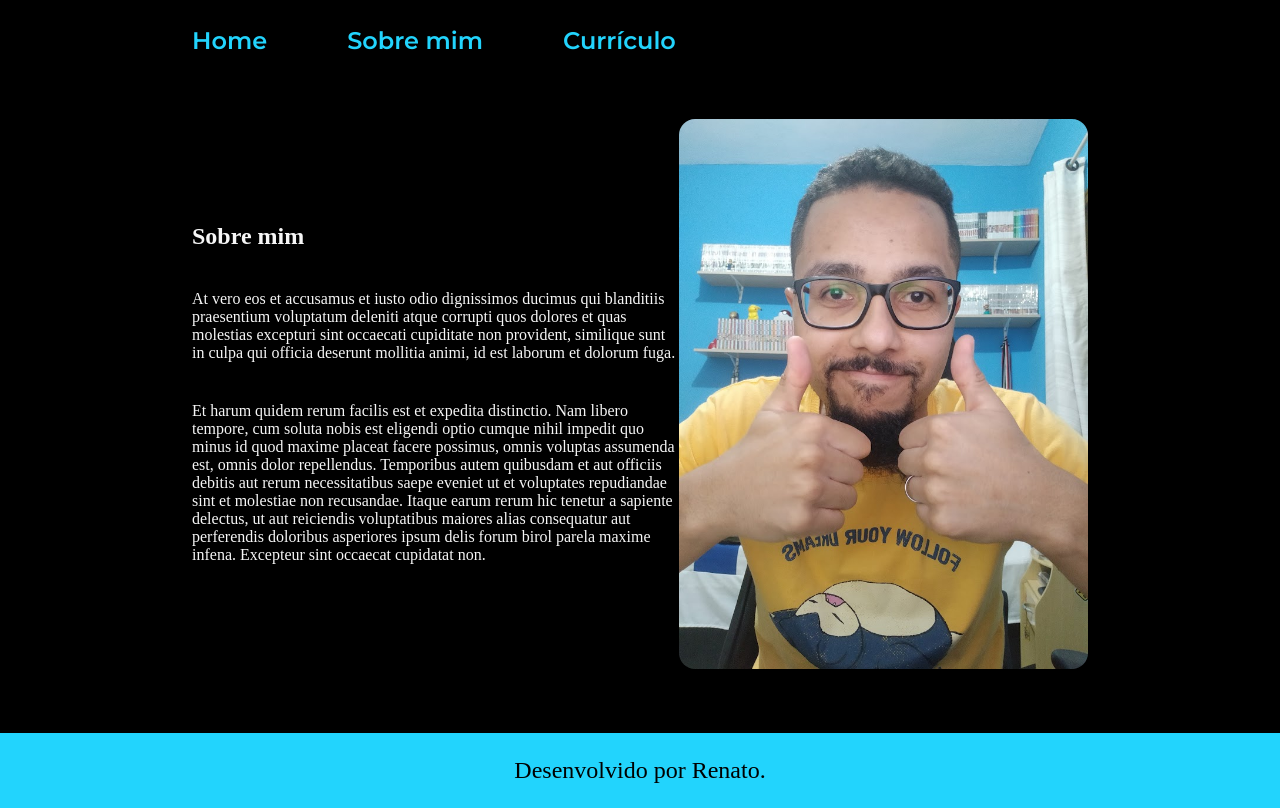
Repository: RenatoCCS/Portfolio_Alura
Page: about.html
An editor plug-in stored every save of this project. The page is shown before and after the next save, followed by the edit.
The browser window is 1280 px wide. The pictures show the whole page.
Some web fonts or font styles are not loaded; a fallback is used.

Above is the page before, as saved 2023-03-06 20:50:04.

### about.html
<!DOCTYPE html>
<html lang="pt-br">
  <head>
    <meta charset="UTF-8" />
    <meta http-equiv="X-UA-Compatible" content="IE=edge" />
    <meta name="viewport" content="width=device-width, initial-scale=1.0" />
    <title>Sobre mim</title>
    <link rel="stylesheet" href="./styles/style.css" />
  </head>

  <body>
    <header class="cabecalho">
      <nav class="cabecalho__menu">
        <a class="cabecalho__menu__link" href="index.html">Home</a>
        <a class="cabecalho__menu__link" href="about.html">Sobre mim</a>
        <a class="cabecalho__menu__link" href="curriculo.html">Currículo</a>
      </nav>
    </header>

    <main class="apresentacao">
      <section class="apresentacao__conteudo">
        <h1>Sobre mim</h1>
        <p>
          At vero eos et accusamus et iusto odio dignissimos ducimus qui
          blanditiis praesentium voluptatum deleniti atque corrupti quos dolores
          et quas molestias excepturi sint occaecati cupiditate non provident,
          similique sunt in culpa qui officia deserunt mollitia animi, id est
          laborum et dolorum fuga.
        </p>
        <p>
          Et harum quidem rerum facilis est et expedita distinctio. Nam libero
          tempore, cum soluta nobis est eligendi optio cumque nihil impedit quo
          minus id quod maxime placeat facere possimus, omnis voluptas assumenda
          est, omnis dolor repellendus. Temporibus autem quibusdam et aut
          officiis debitis aut rerum necessitatibus saepe eveniet ut et
          voluptates repudiandae sint et molestiae non recusandae. Itaque earum
          rerum hic tenetur a sapiente delectus, ut aut reiciendis voluptatibus
          maiores alias consequatur aut perferendis doloribus asperiores ipsum
          delis forum birol parela maxime infena. Excepteur sint occaecat
          cupidatat non.
        </p>
      </section>
      <img
        class="apresentacao__foto"
        src="./assets/renato.jpg"
        alt="Renato fazendo sinal de positivo com ambas as mãos"
      />
    </main>

    <footer class="rodape"><p>Desenvolvido por Renato.</p></footer>
  </body>
</html>

### styles/style.css
@import url('https://fonts.googleapis.com/css2?family=Krona+One&family=Montserrat:wght@400;600&display=swap');

* {
  margin: 0;
  padding: 0;
}

body {
  /* height: 100vh; */
  box-sizing: border-box;
  background-color: #000000;
  color: #f6f6f6;
}

.cabecalho {
  padding: 2% 0% 0% 15%;
}

.cabecalho__menu {
  display: flex;
  gap: 80px;
}

.cabecalho__menu__link {
  font-family: 'Montserrat', sans-serif;
  font-size: 24px;
  font-weight: 600;
  color: #22d4fd;
  text-decoration: none;
}

.apresentacao {
  padding: 5% 15%;
  display: flex;
  align-items: center;
  justify-content: space-between;
}

.apresentacao__conteudo {
  width: 615px;
  display: flex;
  flex-direction: column;
  gap: 40px;
}

.apresentacao__conteudo__titulo {
  font-size: 36px;
  font-family: 'Krona One', sans-serif;
}

.titulo-destaque {
  color: #22d4fd;
}

.apresentacao__conteudo__texto {
  font-size: 24px;
  font-family: 'Montserrat', sans-serif;
}

.apresentacao__conteudo__texto a {
  text-decoration: none;
  color: #22d4fd;
}

.apresentacao__links {
  display: flex;
  flex-direction: column;
  justify-content: space-between;
  align-items: center;
  gap: 32px;
}

.apresentacao__links__subtitulo {
  font-family: 'Krona One', sans-serif;
  font-weight: 400;
  font-size: 24px;
}

.apresentacao__links__link {
  /* background-color: #22d4fd; foi trocado o estilo*/
  display: flex;
  justify-content: center;
  gap: 16px;
  border: 2px solid #22d4fd;
  width: 378px;
  text-align: center;
  border-radius: 8px;
  font-size: 24px;
  font-weight: 600;
  padding: 21.5px 0;
  text-decoration: none;
  color: #f6f6f6;
  font-family: 'Montserrat', sans-serif;
}

.apresentacao__links__link:hover {
  background-color: #272727;
}

/*Utilizei minha foto e fui adaptando de acordo com o tamanho da outra foto*/
.apresentacao__foto {
  height: 550px;
  width: 490px;
  left: 1032px;
  top: 253px;
  border-radius: 16px;
}

.rodape {
  padding: 24px;
  color: #000000;
  background-color: #22d4fd;
  text-align: center;
  font-family: 'Montserrat' sans-serif;
  font-size: 24px;
  font-weight: 400;
}

After the next save:
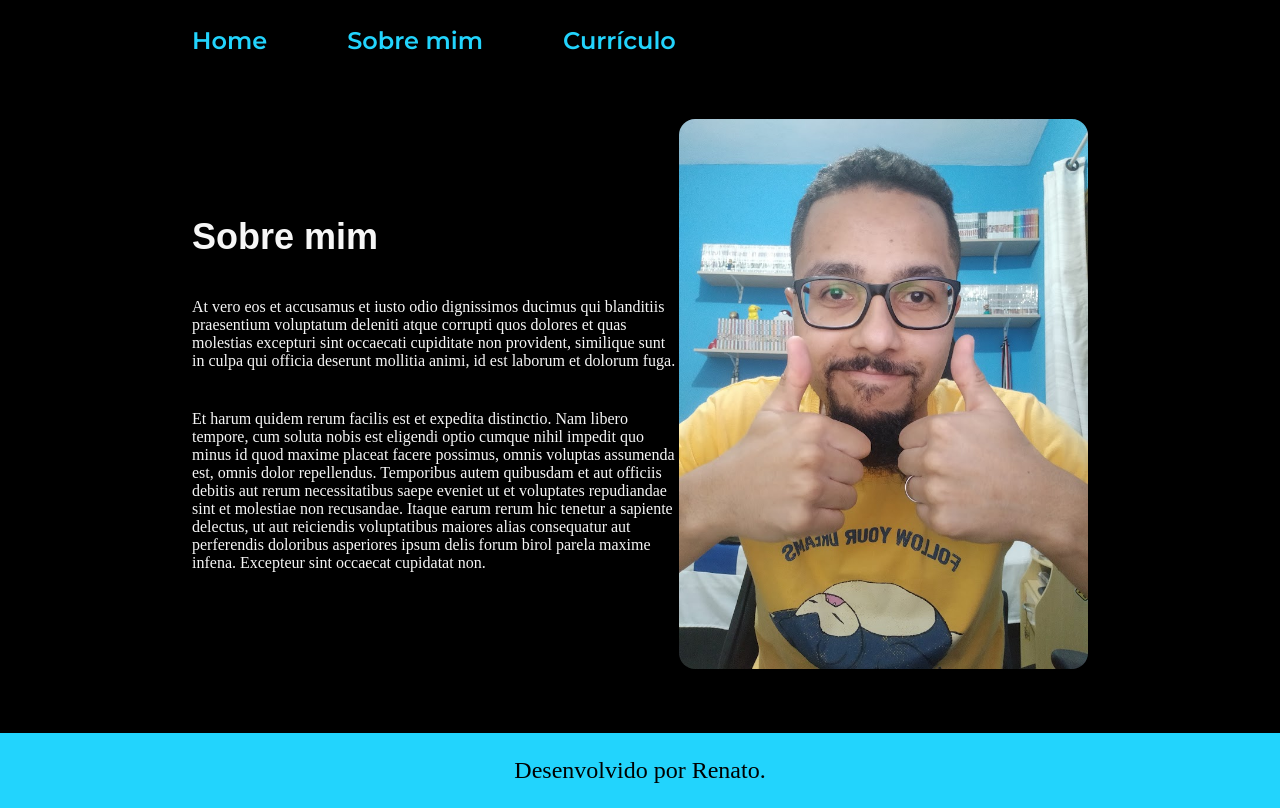
Saved 9 s later.
--- a/about.html
+++ b/about.html
@@ -19,7 +19,7 @@
 
     <main class="apresentacao">
       <section class="apresentacao__conteudo">
-        <h1>Sobre mim</h1>
+        <h1 class="apresentacao__conteudo__titulo">Sobre mim</h1>
         <p>
           At vero eos et accusamus et iusto odio dignissimos ducimus qui
           blanditiis praesentium voluptatum deleniti atque corrupti quos dolores
